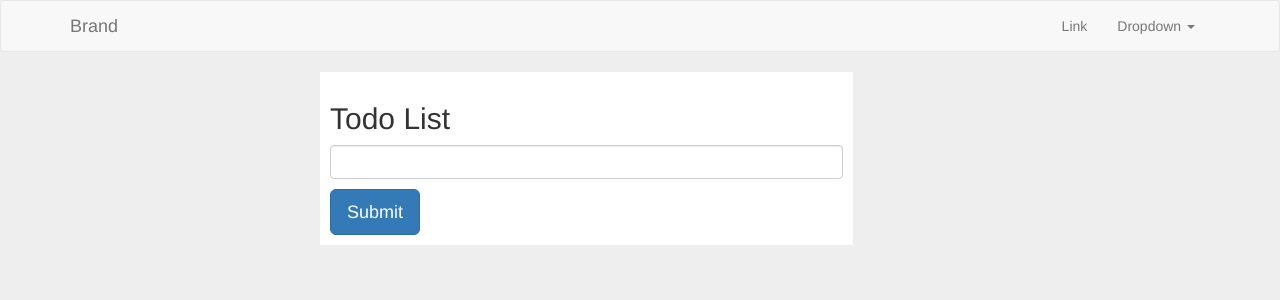
Repository: neoighodaro-articles/migrating-to-laravel
Page: http://localhost/pages/add.php
The author's editor kept a copy of each file at every save. The page is drawn from the files as they stood at one save, then again after the next save.
The browser window is 1280 px wide. The pictures show the whole page.
The page is run by PHP 8.4 with error messages shown; the project is at /var/www/html/.

Above is the page before, as saved 2018-06-12 20:39:12.

### vanilla/pages/add.php



<?php require_once '../functions.php'; ?>
<!DOCTYPE html>
<html lang="en">
<head>
  <meta charset="UTF-8">
  <meta name="viewport" content="width=device-width, initial-scale=1.0">
  <meta http-equiv="X-UA-Compatible" content="ie=edge">
  <title>Todo Home</title>
  <link rel="stylesheet" href="https://maxcdn.bootstrapcdn.com/bootstrap/3.3.7/css/bootstrap.min.css" integrity="sha384-BVYiiSIFeK1dGmJRAkycuHAHRg32OmUcww7on3RYdg4Va+PmSTsz/K68vbdEjh4u" crossorigin="anonymous">
  <style>
    body {
      background: #EEE;
    }
    .todo__no__space{
      padding-left: 0px;
      padding-right: 0px;
    }
  </style>
</head>
<body>
<nav class="navbar navbar-default">
  <div class="container">
    <!-- Brand and toggle get grouped for better mobile display -->
    <div class="navbar-header">
      <button type="button" class="navbar-toggle collapsed" data-toggle="collapse" data-target="#bs-example-navbar-collapse-1" aria-expanded="false">
        <span class="sr-only">Toggle navigation</span>
        <span class="icon-bar"></span>
        <span class="icon-bar"></span>
        <span class="icon-bar"></span>
      </button>
      <a class="navbar-brand" href="#">Brand</a>
    </div>

    <!-- Collect the nav links, forms, and other content for toggling -->
    <div class="collapse navbar-collapse" id="bs-example-navbar-collapse-1">

      <ul class="nav navbar-nav navbar-right">
        <li><a href="#">Link</a></li>
        <li class="dropdown">
          <a href="#" class="dropdown-toggle" data-toggle="dropdown" role="button" aria-haspopup="true" aria-expanded="false">Dropdown <span class="caret"></span></a>
          <ul class="dropdown-menu">
            <li><a href="#">Action</a></li>
            <li><a href="#">Another action</a></li>
            <li><a href="#">Something else here</a></li>
            <li role="separator" class="divider"></li>
            <li><a href="#">Separated link</a></li>
          </ul>
        </li>
      </ul>
    </div><!-- /.navbar-collapse -->
  </div><!-- /.container-fluid -->

</nav>

  <div class="col-md-5 col-md-offset-3" style="background: #FFF;padding: 10px">
      <h2>Todo List</h2>
    <form method="POST">
           <input type="text" class="form-control">
        <p></p>
        <button name="btnadd" class="btn btn-primary btn-lg"> Submit </button>

        <?php
          if(isset($_POST['btnadd'])):
              $title = $_POST['title'];


            endif
        ?>
    </form>
  </div>
</body>
</html>

### vanilla/functions.php
<?php
 $host = 'localhost';
 $dbname= 'vanilla';
 $user   = 'root';
 $pwd    = 'root';

 try{
   $pdo = new PDO('mysql:host='. $host. ';dbname='. $dbname, $user, $pwd);
  //  echo "connected";
 } catch(PDOException $e) {
   echo "Unable to connect" . $e->getMessage();
 }

After the next save:
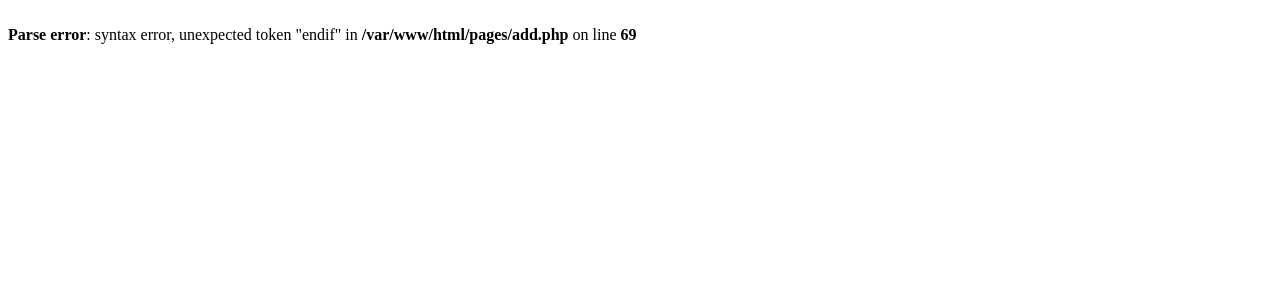
Saved 16 s later.
--- a/vanilla/pages/add.php
+++ b/vanilla/pages/add.php
@@ -58,15 +58,14 @@
   <div class="col-md-5 col-md-offset-3" style="background: #FFF;padding: 10px">
       <h2>Todo List</h2>
     <form method="POST">
-           <input type="text" class="form-control">
+           <input type="text" class="form-control" required>
         <p></p>
         <button name="btnadd" class="btn btn-primary btn-lg"> Submit </button>
 
         <?php
           if(isset($_POST['btnadd'])):
               $title = $_POST['title'];
-
-
+              $query = $pdo->prepare('SELECT * FROM ')
             endif
         ?>
     </form>

After the save that followed:
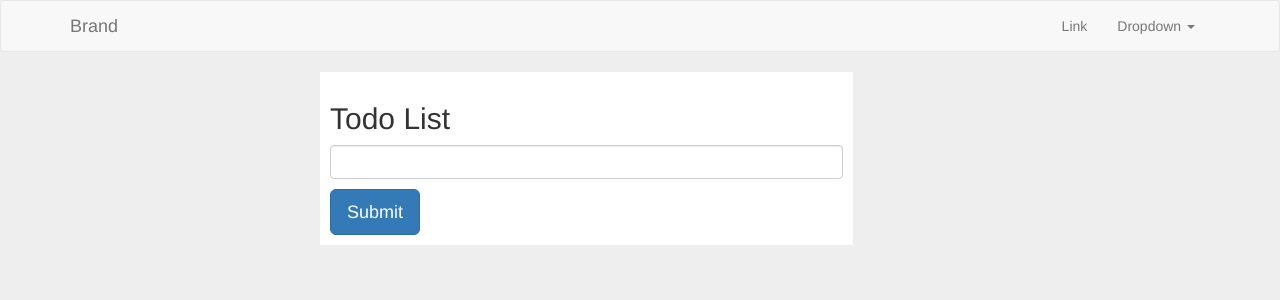
Saved 30 s later.
--- a/vanilla/pages/add.php
+++ b/vanilla/pages/add.php
@@ -65,7 +65,11 @@
         <?php
           if(isset($_POST['btnadd'])):
               $title = $_POST['title'];
-              $query = $pdo->prepare('SELECT * FROM ')
+              $query = $pdo->prepare('SELECT * FROM todos WHERE title =? ');
+              $query->execute([$title]);
+              if( $query->rowCount() > 0 ):
+
+              endif;
             endif
         ?>
     </form>
